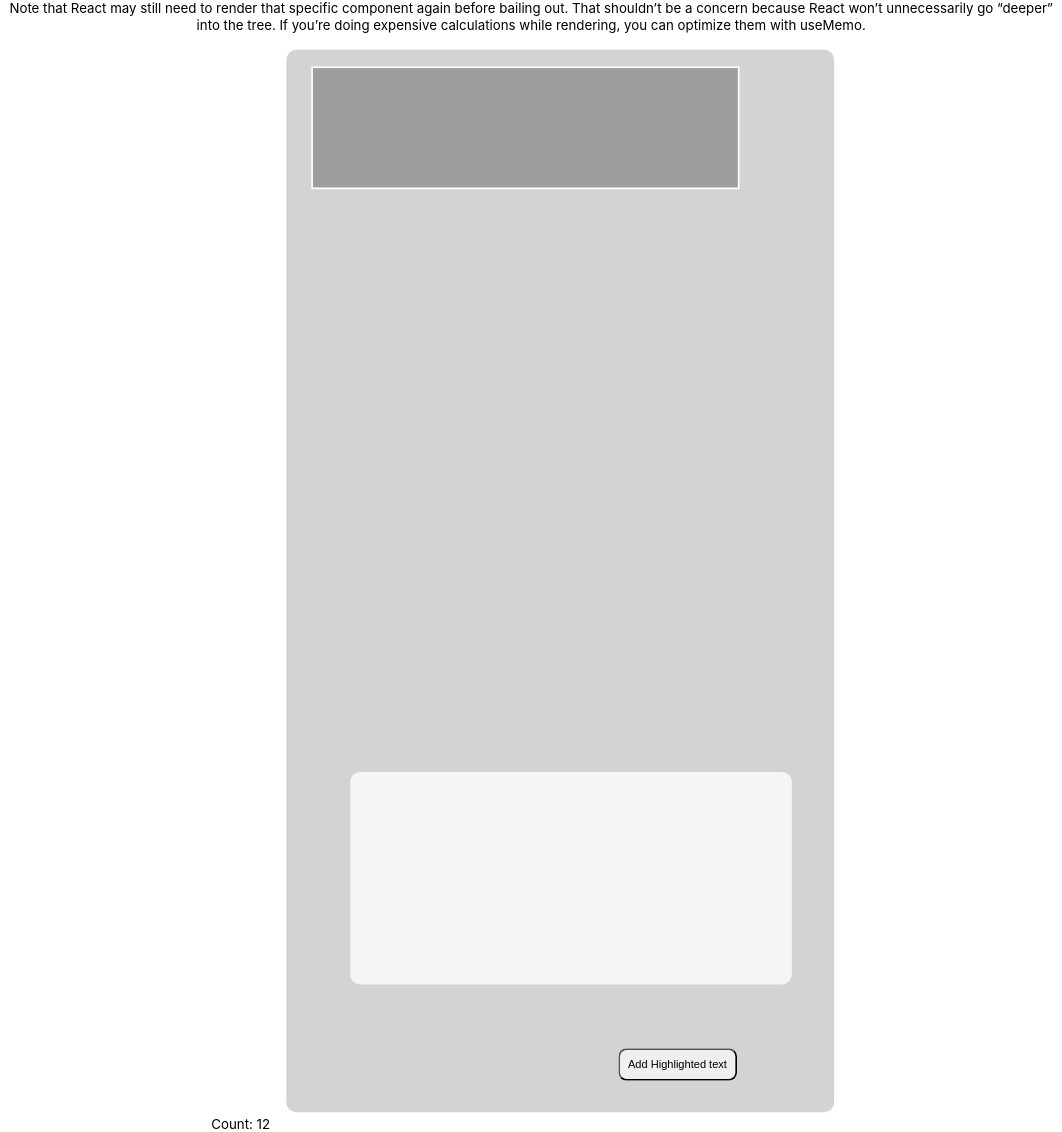
Repository: Farbod29/React-text-highlighter-with-hook-
Page: /
These files come from the project's save history. The page is drawn as it stood at one moment and after the next save; the edit follows.
The browser window is 1280 px wide. The pictures show the whole page, at 83% of full size.
Pictures or frames that could not be fetched are drawn as grey boxes. The project was rebuilt for these pictures with package versions that can differ from the ones it lists, and the page was loaded fresh each time.

Above is the page before, as saved 2022-02-18 22:58:44.

### src/App.js
import './App.css';
import Highlighter from './highlighter';
function App() {
  return (
    <div className="App">
      <Highlighter />
    </div>
  );
}

export default App;

### src/highlighter.js
import React, { useEffect, useState } from 'react';

export default function Highlighter() {
  let doit = () => {
    document.onmouseup = () => {
      console.log(window.getSelection().toString());
    };
  };
  const [count, setCount] = useState(12);
  return (
    <>
      <div>
        {' '}
        Note that React may still need to render that specific component again
        before bailing out. That shouldn’t be a concern because React won’t
        unnecessarily go “deeper” into the tree. If you’re doing expensive
        calculations while rendering, you can optimize them with useMemo.
      </div>
      Count: {count}
      {/* <button onClick={() => setCount((prevCount) => prevCount - 1)}>-</button> */}
      <div
        style={{
          padding: '0px 10px',
          height: '100vw',
          width: '50vw',
          margin: '20px',
          borderRadius: '12px',
          backgroundColor: '#D3D3D3',
          inline: true,
          fontColor: 'red',
          display: 'inline-block',
          textAlign: 'center',
          position: 'relative',
        }}
      >
        <img
          style={{
            height: '20vh',
            width: '40vw',
            position: 'absolute',
            border: '2px solid',
            borderColor: '#ffff',
            left: 30,
            top: 20,
          }}
          src="https://pfrias.couragecompanion.eu/storage/m/_v2/213604778138275840/4f8b684e5-e9314a/vlyvkRQwb3ew/u8hVvH5l5IFvha9MQyXCzPOYLo2SXG3bqIpv6vBg.png"
        ></img>
        <div
          style={{
            // textBox
            padding: '0px 10px',
            backgroundColor: '#F5F5F5',
            height: '20vw',
            width: '40vw',
            left: '6vw',
            top: '68vw',
            borderRadius: '12px',
            position: 'absolute',
          }}
        />
        <div
          style={{
            position: 'absolute',
            bottom: '3vw',
            left: '24vw',
            right: '2vw',
          }}
        >
          <button
            style={{ padding: '10px', borderRadius: '10px' }}
            onClick={() => setCount(12)}
          >
            {' '}
            Add Highlighted text{' '}
          </button>
        </div>
      </div>
      {doit()}
    </>
  );
}

Loaded but not shown: public/index.html (common file); src/index.js (common file); src/index.css (common file); src/reportWebVitals.js (common file); src/App.css (common file)

After the next save:
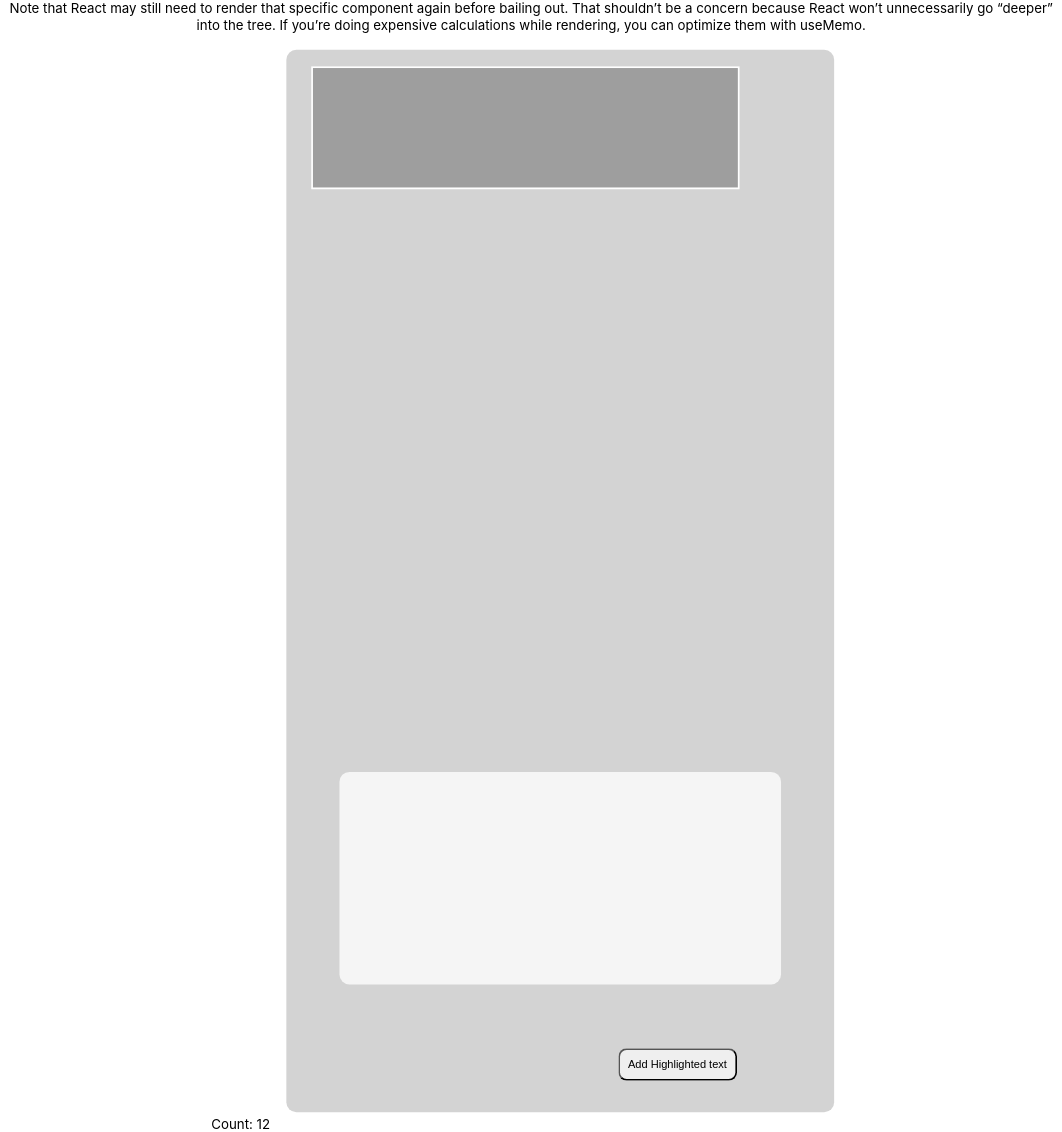
Saved 9 s later.
--- a/src/highlighter.js
+++ b/src/highlighter.js
@@ -52,7 +52,7 @@ export default function Highlighter() {
             backgroundColor: '#F5F5F5',
             height: '20vw',
             width: '40vw',
-            left: '6vw',
+            left: '5vw',
             top: '68vw',
             borderRadius: '12px',
             position: 'absolute',
